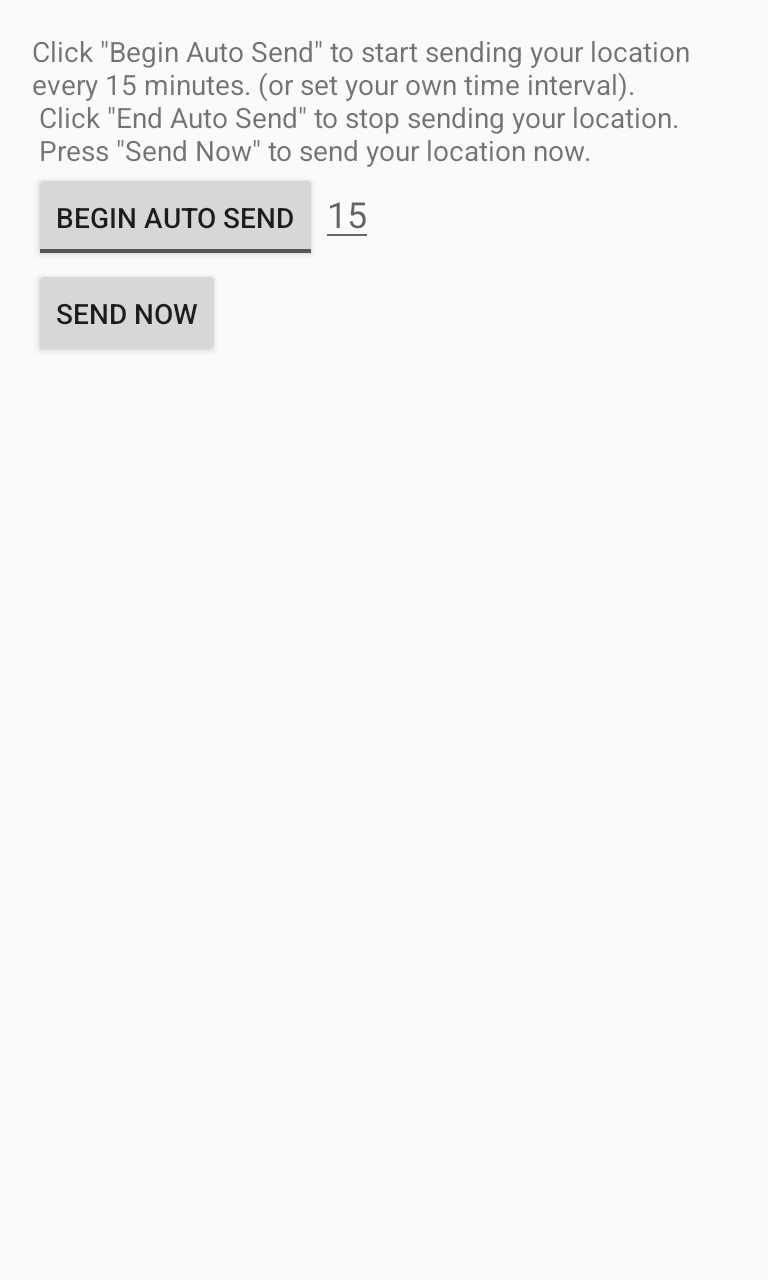
Repository: haidark/rahat
Layout: android/Rahat/res/layout/fragment_main.xml
These files come from the project's save history. The layout is drawn as it stood at one moment and after the next save; the edit follows.
It is drawn on a 768 x 1280 px phone screen (xhdpi) without system bars, with theme AppTheme; the app's code is not run.

Above is the layout before, as saved 2014-05-02 04:06:37.

After the next save:
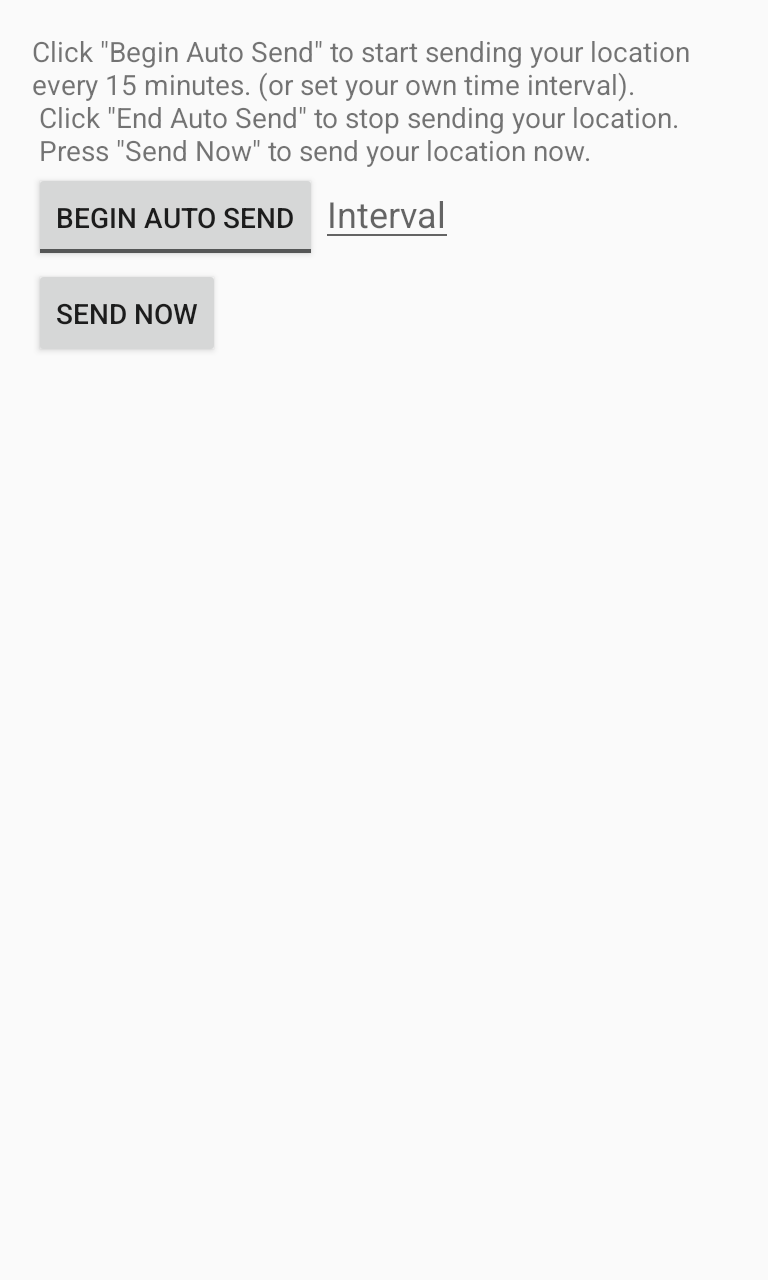
Saved 11 s later.
--- a/android/Rahat/res/layout/fragment_main.xml
+++ b/android/Rahat/res/layout/fragment_main.xml
@@ -30,7 +30,7 @@
         		  android:layout_height="wrap_content"
         		  android:defaultValue="15"
         		  android:inputType="number"
-        		  android:hint="15" />
+        		  android:hint="@string/edit_1" />
 
     </LinearLayout>
 
